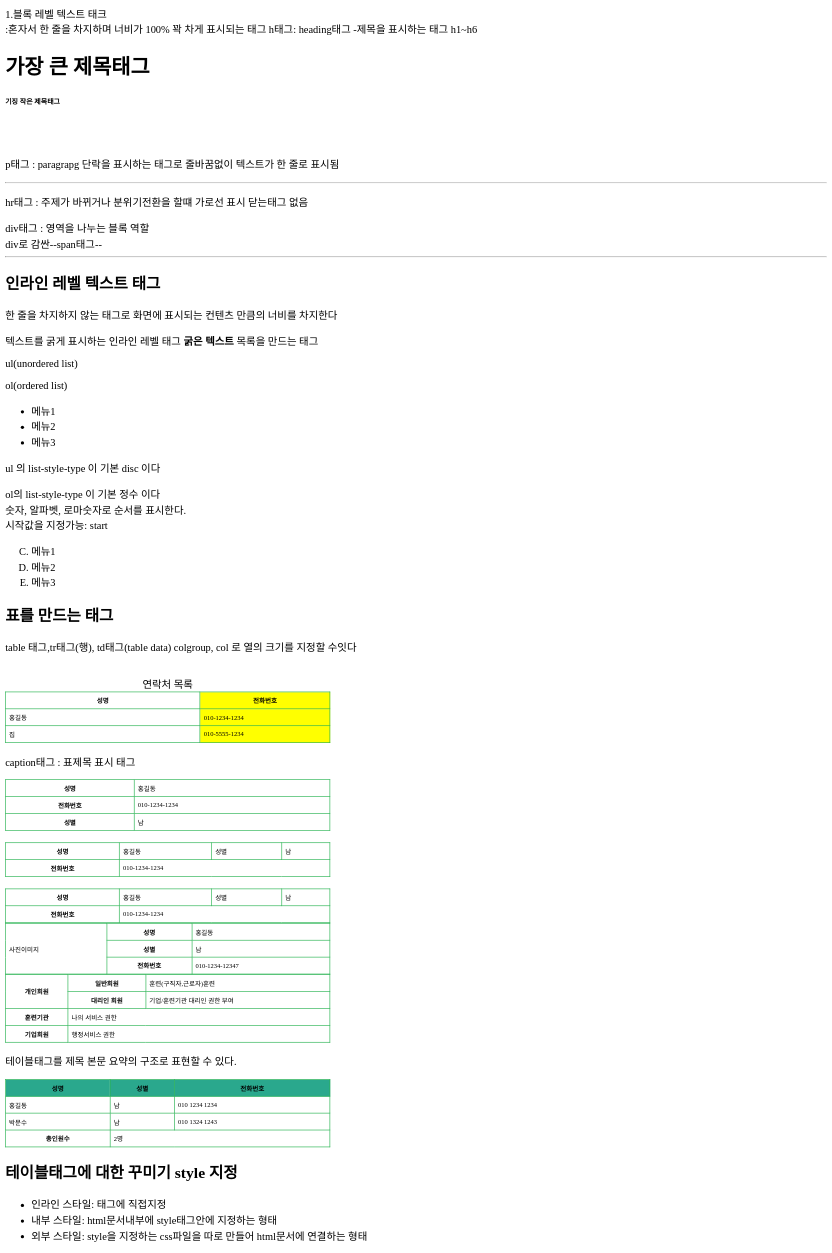
Repository: hana825/Web
Page: web/WebContent/index.html
An editor plug-in stored every save of this project. The page is shown before and after the next save, followed by the edit.
The browser window is 1280 px wide. The pictures show the whole page, at 65% of full size.

Above is the page before, as saved 2022-03-17 08:16:49.

### web/WebContent/index.html
<!DOCTYPE html>
<html>
<head>
<meta charset="UTF-8">
<title>Insert title here</title>

<style>
table{width:500px;
	  border-collapse: collapse;
	  border: 1px solid #29b352;
}
thead {
	background-color : #2aa88d;
}
th, td {
	border: 1px solid #29b352;
	padding: 5px;
	font-size : 10px;
}
</style>
</head>

<body>
1.블록 레벨 텍스트 태크<br>
:혼자서 한 줄을 차지하며 너비가 100% 꽉 차게 표시되는 태그

h태그: heading태그 -제목을 표시하는 태그 h1~h6
<h1>가장 큰 제목태그</h1>
<h6>기징 작은 제목태그</h6>
<br><br>
<p>
p태그 : paragrapg 단락을 표시하는 태그로
줄바꿈없이 텍스트가 한 줄로 표시됨
</p>
<hr>

<p>
hr태그 : 주제가 바뀌거나 분위기전환을 할떄 가로선 표시
닫는태그 없음
</p>
<div>
div태그 : 영역을 나누는 블록 역할
</div>

<div> div로 감싼<span>--span태그--</span>
</div>


<hr>

<h2>인라인 레벨 텍스트 태그</h2>
<p> 한 줄을 차지하지 않는 태그로 화면에 표시되는 컨텐츠 만큼의 너비를 차지한다
</p>
<!-- 실행에서 제외하고자 하는 코드는 주석처리 -->
텍스트를 굵게 표시하는 인라인 레벨 태그
<strong>굵은 텍스트
</strong>
목록을 만드는 태그
<p>ul(unordered list)</p>
<p>ol(ordered list)</p>
<ul>
	<li>메뉴1</li>
	<li>메뉴2</li>
	<li>메뉴3</li>
</ul>
<p>ul 의 list-style-type 이 기본 disc 이다</p>
<p>ol의 list-style-type 이 기본 정수 이다<br>
   숫자, 알파벳, 로마숫자로 순서를 표시한다.<br>
   시작값을 지정가능: start<br>
</p>

<ol start='3' type="A">
	<li>메뉴1</li>
	<li>메뉴2</li>
	<li>메뉴3</li>
</ol>

<h2>표를 만드는 태그</h2>
<p>table 태그,tr태그(행), td태그(table data)
colgroup, col 로 열의 크기를 지정할 수잇다
</p><br>

<table >
	<colgroup>
		<col style='width:150px'>
		<col style='width:100px; background-color:yellow'>
	</colgroup>
	<caption>연락처 목록</caption>
	<tr><th>성명</th><th>전화번호</th></tr>
	<tr><td>홍길동</td><td>010-1234-1234</td></tr>
	<tr><td>집</td><td>010-5555-1234</td></tr>
</table>

<p> caption태그 : 표제목 표시 태그
</p>

<table  >
	<tr><th>성명</th>
		<td>홍길동</td>
	</tr>
		<tr><th>전화번호</th>
		<td>010-1234-1234</td>
	</tr>
		<tr><th>성별</th>
		<td>남</td>
	</tr>
</table>
<br>
<table  >
	<tr><th>성명</th>
		<td>홍길동</td>
		<td>성별</td>
		<td>남</td>
	</tr>
		<tr><th>전화번호</th>
		<td colspan='3'>010-1234-1234</td>

</table>
<br>

<table  >
	<tr><th>성명</th>
		<td>홍길동</td>
		<td>성별</td>
		<td>남</td>
	</tr>
		<tr><th>전화번호</th>
		<td colspan='3'>010-1234-1234</td>

</table>

<table  >
	<tr><td rowspan ='3'>사진이미지</td>
		<th>성명</th>
		<td>홍길동</td>
	</tr>
	<tr>
		<th>성별</th>
		<td>남</td>
	</tr>
		<tr>
		<th>전화번호</th>
		<td>010-1234-12347</td>
	</tr>

</table>

<table  >
	<tr><th rowspan ='2'>개인회원</th>
		<th>일반회원</th>
		<td>훈련(구직자,근로자)훈련</td>
	</tr>
	<tr>
		<th>대리인 회원</th>
		<td>기업/훈련기관 대리인 권한 부여</td>
	</tr>
	<tr>
		<th>훈련기관</th>
		<td colspan='2'>나의 서비스 권한</td>
	</tr>
	<tr>
		<th>기업회원</th>
		<td colspan='2'>행정서비스 권한</td>
	</tr>


</table>
<p>
테이블태그를 제목 본문 요약의 구조로 표현할 수 있다.
</p>
<table >
	<thead>
		<tr>
			<th>성명</th>
			<th>성별</th>
			<th>전화번호</th>
		</tr>
	</thead>
	<tbody>
		<tr>
			<td>홍길동</td>
			<td>남</td>
			<td>010 1234 1234</td>
		</tr>
		<tr>
			<td>박문수</td>
			<td>남</td>
			<td>010 1324 1243</td>
		</tr>
	</tbody>
	<tfoot>
		<tr>
			<th>총인원수</th>
			<td colspan='2'>2명</td>
		</tr>
	</tfoot>
</table>

<h2>테이블태그에 대한 꾸미기 style 지정</h2>
<ul>
	<li>인라인 스타일: 태그에 직접지정</li>
	<li>내부 스타일: html문서내부에 style태그안에 지정하는 형태</li>
	<li>외부 스타일: style을 지정하는 css파일을 따로 만들어 html문서에 연결하는 형태</li>
</ul>












</body>
</html>

After the next save:
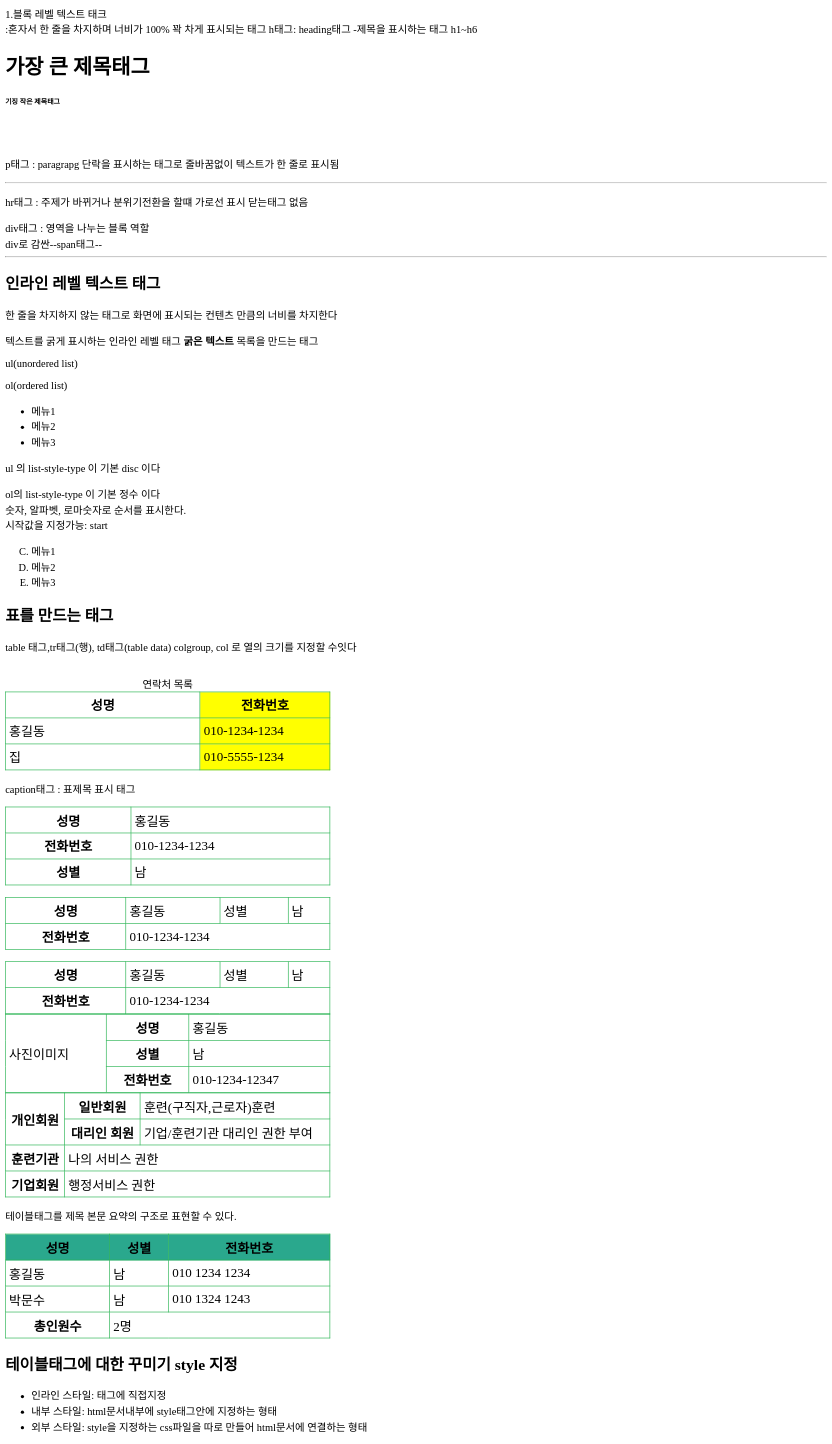
Saved 11 s later.
--- a/web/WebContent/index.html
+++ b/web/WebContent/index.html
@@ -15,7 +15,7 @@ thead {
 th, td {
 	border: 1px solid #29b352;
 	padding: 5px;
-	font-size : 10px;
+	font-size : 20px;
 }
 </style>
 </head>
